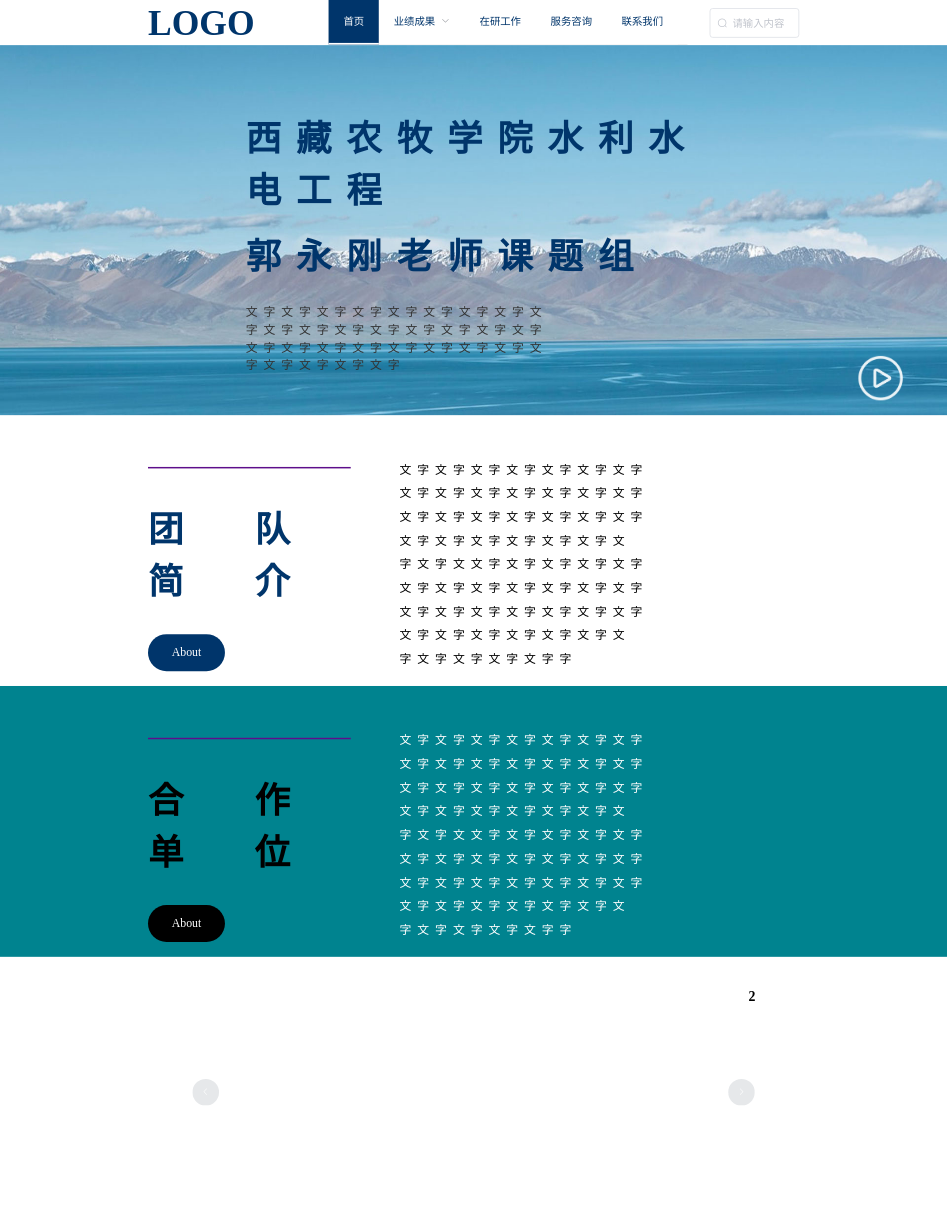
Repository: BLSY/xzust
Page: /
These files come from the project's save history. The page is drawn as it stood at one moment and after the next save; the edit follows.
The browser window is 1280 px wide. The pictures show the whole page, at 74% of full size.
The project was rebuilt for these pictures with package versions that can differ from the ones it lists, and the page was loaded fresh each time.

Above is the page before, as saved 2022-11-27 10:35:23.

### index.html
<!DOCTYPE html>
<html>
  <head>
    <meta charset="utf-8">
    <meta name="viewport" content="width=device-width,initial-scale=1.0">
    <title>student</title>
  </head>
  <body style="margin:0;">
    <div id="app"></div>
    <!-- built files will be auto injected -->
  </body>
</html>

### src/main.js
// The Vue build version to load with the `import` command
// (runtime-only or standalone) has been set in webpack.base.conf with an alias.
import Vue from 'vue'
import App from './App'
import ElementUI from 'element-ui';
import 'element-ui/lib/theme-chalk/index.css';
import router from './router'

Vue.use(ElementUI);
Vue.config.productionTip = false

/* eslint-disable no-new */
new Vue({
  el: '#app',
  router,
  components: { App },
  template: '<App/>'
})

### src/App.vue
<template>
  <div id="app">
    <router-view/>
  </div>
</template>

<script>
export default {
  name: 'App'
}
</script>

<style>
#app {

}
</style>

### src/components/HelloWorld.vue
<template>
  <div class="indexBox">
    <div class="nav">
      <div class="login">LOGO</div>
      <div class="navList">
        <el-menu
          :default-active="activeIndex2"
          class="el-menu-demo"
          mode="horizontal"
          @select="handleSelect"
          background-color="#fff"
          text-color="#00356B"
          active-text-color="#fff"
        >
          <el-menu-item index="1">首页</el-menu-item>
          <el-submenu index="2">
            <template slot="title">业绩成果</template>
            <el-menu-item index="2-1">选项1</el-menu-item>
            <el-menu-item index="2-2">选项2</el-menu-item>
            <el-menu-item index="2-3">选项3</el-menu-item>
          </el-submenu>
          <el-menu-item index="3">在研工作</el-menu-item>
          <el-menu-item index="4">服务咨询</el-menu-item>
          <el-menu-item index="5">联系我们</el-menu-item>
        </el-menu>
      </div>
      <div class="serch">
        <el-input
          placeholder="请输入内容"
          prefix-icon="el-icon-search"
          v-model="input2"
        >
        </el-input>
      </div>
    </div>
    <div class="top">
      <div class="toptext">
        <h3 class="h-text">西藏农牧学院水利水电工程</h3>
        <h3 class="h-text" >郭永刚老师课题组</h3>
        <div class="detil">
          文字文字文字文字文字文字文字文字文字文字文字文字文字文字文字文字文字文字文字文字文字文字文字文字文字文字文字文字文字文字
        </div>

      </div>
      <div class="starvidio">
        </div>
    </div>
    <div class="team">
      <div class="team-left">
        <div class="line"></div>
        <h3 class="team-title">团队简介</h3>
        <div class="team-icon">About</div>
      </div>
      <div class="team-right">
        <div class="team-text">
          文字文字文字文字文字文字文字文字文字文字文字文字文字文字文字文字文字文字文字文字文字文字文字文字文字文字文字文
          字文字文文字文字文字文字文字文字文字文字文字文字文字文字文字文字文字文字文字文字文字文字文字文字文字文字文字文
          字文字文字文字文字字
        </div>

      </div>
    </div>
     <div class="cooperation">
      <div class="cooperation-left">
        <div class="line"></div>
        <h3 class="cooperation-title">合作单位</h3>
        <div class="cooperation-icon">About</div>
      </div>
      <div class="cooperation-right">
        <div class="cooperation-text">
          文字文字文字文字文字文字文字文字文字文字文字文字文字文字文字文字文字文字文字文字文字文字文字文字文字文字文字文
          字文字文文字文字文字文字文字文字文字文字文字文字文字文字文字文字文字文字文字文字文字文字文字文字文字文字文字文
          字文字文字文字文字字
        </div>

      </div>
    </div>
    <div class="preject">
      <div class="carousel">
         <el-carousel :interval="5000" arrow="always">
          <el-carousel-item v-for="item in 4" :key="item">
            <h3>{{ item }}</h3>
          </el-carousel-item>
        </el-carousel>
      </div>
    </div>
  </div>
</template>

<script>
export default {
  name: "HelloWorld",
  data() {
    return {
      activeIndex2: "1",
      input2: "",
    };
  },
  props: {
    msg: String,
  },
  methods: {
    handleSelect(key, keyPath) {
      console.log(key, keyPath);
    },
  },
};
</script>

<!-- Add "scoped" attribute to limit CSS to this component only -->
<style scoped >
*{
  list-style: none;
}
h3{
  margin: 0;
  padding: 0;
  margin: 10px 0;
}
html{
  font-size: 16px;
}
.indexBox {
  width: 100%;
  height: 100%;
  position: relative;
  box-sizing: border-box;
}
.nav {
  display: flex;
  align-items: center;
  justify-content: center;
  padding: 0 200px;
}
.login {
  flex: 1;
  display: inline-block;
  font-size: 3em;
  font-weight: bold;
  color: #00356B;
  font-family: MicrosoftYaHei;
  margin-right: 100px;
}
.navList{
  flex: 4;
  display: inline-block;
  min-width:55%;
  font-size: 2em;
}
.serch{
  flex: 1;
  display: inline-block;
  margin-left:30px ;
}
.el-menu-item.is-active{
  background: #00356B !important;
}
.top{
  box-sizing: border-box;
  background: url(../assets/topbackg.jpg) no-repeat;
  background-size:100% 100% ;
  position: relative;
  height: 500px;
  display: flex;
  align-items: center;
  justify-content: center;
  /* text-align: center; */
  overflow: hidden;
  padding: 0 200px;
}
  .toptext{
    display: inline-block;
    margin-top: 20px;
    width: 70%;
    text-align: left;
  }
  .h-text{
    display: inline-block;
    color: #00356B;
    font-size: 3em;
    letter-spacing:20px;
  }
  .detil{
    margin-top: 20px;
    display: inline-block;
    width:70%;
    font-size: 1em;
    text-align: left;
    letter-spacing: 0.5em;
    color:#333;
  }
  .starvidio{
    background: url(../assets/bapfang.png) no-repeat;
    background-size:100% 100% ;
    position: absolute;
    bottom: 20px;
    right: 60px;
    height: 60px;
    width: 60px;
  }
  .team{
    height: 366px;
    display: flex;
    flex-direction: row;
    align-items: center;
    justify-content: space-between;
    padding: 0 200px;
  }
  .team-left{
    height: 250px;
    flex: 1;
    text-align: cente;
    display: inline-block;
    vertical-align: top;
  }
  .team-right{
    height: 250px;
    flex: 1;
    padding-right:200px ;
    display: inline-block;
    vertical-align: top;
  }
  .team-text{
    text-align: left;
   letter-spacing:0.5em;
   line-height: 2em;
  }
  .team-title{
    color: #00356B;
    font-size: 3em;
    letter-spacing:2em;
    margin: 40px 0;
  }
  .line{
    display: inline-block;
    margin: auto;
    width: 80%;
    border: 1px solid #5D0E8B;
  }
  .team-icon{
    text-align: center;
    width: 104px;
    height: 50px;
    line-height: 50px;
    color: #fff;
    font-size: 1em;
    background: #00356B;
    border-radius: 25px;
  }
  .cooperation{
    height: 366px;
    display: flex;
    background:#00838F ;
    flex-direction: row;
    align-items: center;
    justify-content: space-between;
    padding: 0 200px;
  }
   .cooperation-left{
    height: 250px;
    flex: 1;
    text-align: cente;
    display: inline-block;
    vertical-align: top;
  }
  .cooperation-right{
    height: 250px;
    flex: 1;
    padding-right:200px ;
    display: inline-block;
    vertical-align: top;
  }
  .cooperation-text{
    text-align: left;
   letter-spacing:0.5em;
   line-height: 2em;
   color: #fff;
  }
  .cooperation-title{
    color: #000;
    font-size: 3em;
    letter-spacing:2em;
    margin: 40px 0;
  }

  .cooperation-icon{
    text-align: center;
    width: 104px;
    height: 50px;
    line-height: 50px;
    color: #fff;
    font-size: 1em;
    background: #000000;
    border-radius: 25px;
  }
.preject{
  height: 366px;
  display: flex;
  justify-content: center;
  flex-direction: row;
  align-items: center;
  padding: 0 200px;
}
.carousel{
  margin: 88px auto;
  width: 90%;
}
</style>

Loaded but not shown: src/router/index.js (common file)

After the next save:
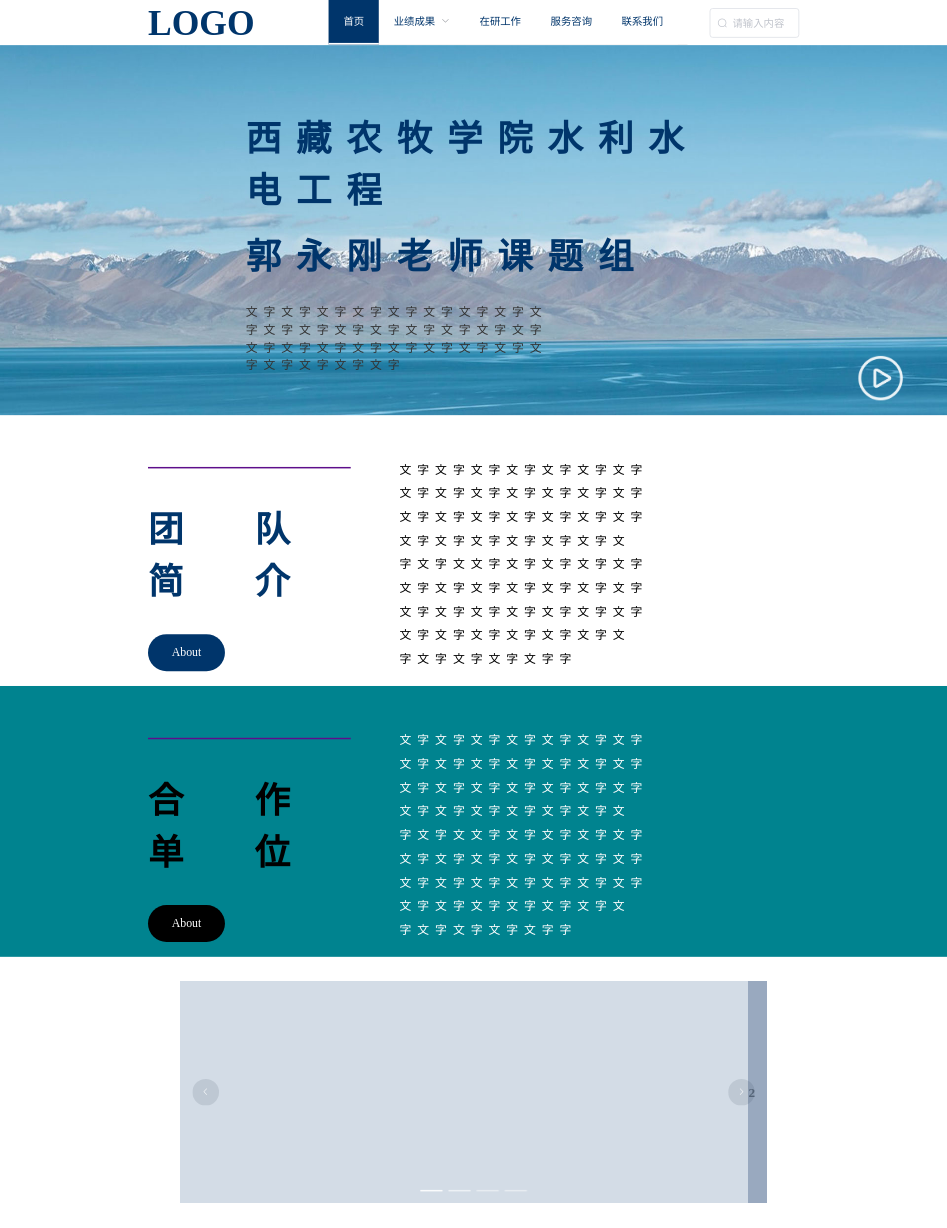
Saved 8 min 0 s later.
--- a/src/components/HelloWorld.vue
+++ b/src/components/HelloWorld.vue
@@ -94,6 +94,9 @@ export default {
     return {
       activeIndex2: "1",
       input2: "",
+      imgList:[
+        {}
+      ]
     };
   },
   props: {
@@ -305,4 +308,20 @@ html{
   margin: 88px auto;
   width: 90%;
 }
+/* 轮播图无图片样式 */
+  .el-carousel__item h3 {
+    color: #475669;
+    font-size: 18px;
+    opacity: 0.75;
+    line-height: 300px;
+    margin: 0;
+  }
+
+  .el-carousel__item:nth-child(2n) {
+    background-color: #99a9bf;
+  }
+
+  .el-carousel__item:nth-child(2n+1) {
+    background-color: #d3dce6;
+  }
 </style>
